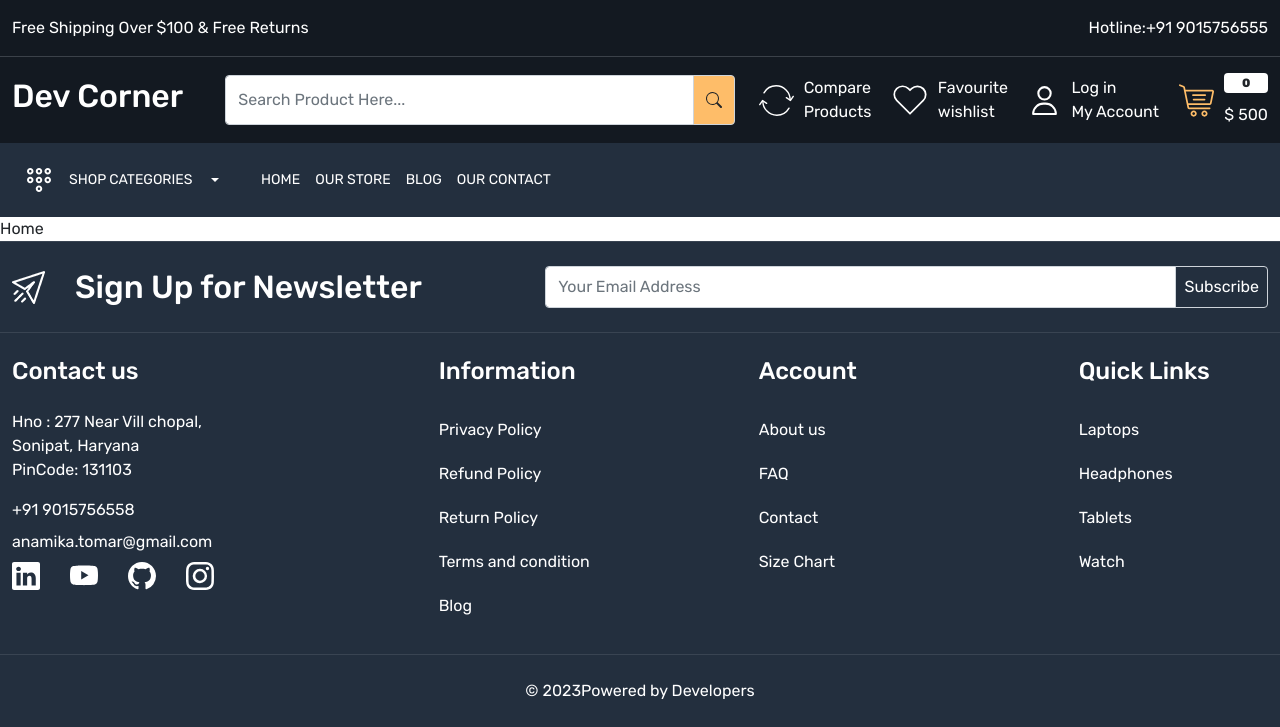
Repository: anamikatomar21/demo
Page: /
These files come from the project's save history. The page is drawn as it stood at one moment and after the next save; the edit follows.
The browser window is 1280 px wide. The pictures show the whole page.
The project was rebuilt for these pictures with package versions that can differ from the ones it lists, and the page was loaded fresh each time. Also part of the build but not shown: src/pages/About.js, src/pages/Contact.js.

Above is the page before, as saved 2023-05-14 18:44:38.

### public/index.html
<!DOCTYPE html>
<html lang="en">
  <head>
    <meta charset="utf-8" />
    <link rel="icon" href="%PUBLIC_URL%/favicon.ico" />
    <meta name="viewport" content="width=device-width, initial-scale=1" />
    <meta name="theme-color" content="#000000" />
    <meta
      name="description"
      content="Web site created using create-react-app"
    />
    <link rel="apple-touch-icon" href="%PUBLIC_URL%/logo192.png" />
    <link
      href="https://cdn.jsdelivr.net/npm/bootstrap@5.0.2/dist/css/bootstrap.min.css"
      rel="stylesheet"
      integrity="sha384-EVSTQN3/azprG1Anm3QDgpJLIm9Nao0Yz1ztcQTwFspd3yD65VohhpuuCOmLASjC"
      crossorigin="anonymous"
    />
    <link rel="manifest" href="%PUBLIC_URL%/manifest.json" />
    <link rel="preconnect" href="https://fonts.googleapis.com" />
    <link rel="preconnect" href="https://fonts.gstatic.com" crossorigin />
    <link
      href="https://fonts.googleapis.com/css2?family=Rubik:ital,wght@0,300;0,400;0,500;0,800;1,600&display=swap"
      rel="stylesheet"
    />
    <title>Ecommerce App</title>
  </head>
  <body>
    <noscript>You need to enable JavaScript to run this app.</noscript>
    <div id="root"></div>
    <script
      src="https://cdn.jsdelivr.net/npm/bootstrap@5.0.2/dist/js/bootstrap.bundle.min.js"
      integrity="sha384-MrcW6ZMFYlzcLA8Nl+NtUVF0sA7MsXsP1UyJoMp4YLEuNSfAP+JcXn/tWtIaxVXM"
      crossorigin="anonymous"
    ></script>
  </body>
</html>

### src/App.js
import React from "react";
import { BrowserRouter, Routes, Route } from "react-router-dom";
import "./App.css";
import Layout from "./components/Layout";
import Home from "./pages/Home";
import About from "./pages/About";
import Contact from "./pages/Contact";

function App() {
  return (
    <>
      <BrowserRouter>
        <Routes>
          <Route path="/" element={<Layout />}>
            <Route index element={<Home />} />
            <Route path="about" element={<About />} />
            <Route path="contact" element={<Contact />} />
          </Route>
        </Routes>
      </BrowserRouter>
    </>
  );
}

export default App;

### src/App.css
* {
  margin: 0;
  padding: 0;
  box-sizing: border-box;
}
:root {
  --color-131921: #131921;
  --color-3b4149: #3b4149;
  --color-febd69: #febd69;
  --color-232f3e: #232f3e;
  --color-bf4800: #bf4800;
  --color-f5f5f7: #f5f5f7;
  --color-ededed: #ededed;
  --color-777777: #777777;
  --color-1c1c1b: #1c1c1b;
}
.section-heading {
  font-size: 26px;
  line-height: 32px;
  font-weight: 500;
  margin-bottom: 30px;
}
.card-wrapper {
  background-color: white;
  box-shadow: 0 0 10px #0000001a;
  padding: 15px;
}
body {
  font-family: "Rubik", sans-serif;
}
a {
  text-decoration: none;
  display: inline-block;
}
.form-control:focus {
  box-shadow: none;
  border-color: inherit;
}

.gap-10 {
  gap: 10px;
}
.gap-15 {
  gap: 15px;
}
.gap-30 {
  gap: 30px;
}

.button {
  background-color: var(--color-232f3e);
  color: white;
  font-size: 14px;
  padding: 13px 33px;
  border-radius: 25px;
}
.button:hover {
  background-color: var(--color-febd69);
  color: #131921;
}
/* Header Part */

.header-top-strip {
  border-bottom: 1px solid var(--color-3b4149);
  background-color: var(--color-131921);
}
.header-upper {
  background-color: var(--color-131921);
}
.header-bottom {
  background-color: var(--color-232f3e);
}
.header-upper .input-group-text {
  background-color: var(--color-febd69);
}
.header-upper.header-upper-links img {
  width: 35px;
  height: 35px;
}
.header-bottom .menu-links a,
.header-bottom .dropdown button {
  color: white;
  font-size: 14px;
  line-height: 18px;
  font-weight: 400;
  letter-spacing: 0.3;
  text-transform: uppercase;
}

.header-bottom .dropdown button:focus {
  box-shadow: none;
}
.header-bottom .dropdown-menu {
  background-color: var(--color-131921);
  width: 100%;
  transform: translate3d(0px, 57px, 0px) !important;
}
.header-bottom .dropdown-item {
  padding: 20px;
  margin-bottom: 3px;
  border-bottom: 1px solid var(--color-3b4149);
}
.header-bottom .dropdown-item:hover {
  background-color: transparent;
  color: var(--color-febd69) !important;
}
/* Header Part End Here */

/* Footer part */

footer {
  background-color: var(--color-232f3e);
}
footer:not(:first-child) {
  border-top: 1px solid rgba(255, 255, 255, 0.1);
}
footer .input-group-text {
  background-color: var(--color-232f3e);
  color: white;
  padding: 8px 17px;
}
/* Footer part ends here */

### src/components/Layout.js
import React from "react";
import { Outlet } from "react-router-dom";
import Footer from "./Footer";
import Header from "./Header";

const Layout = () => {
  return (
    <>
      <Header />
      <Outlet />
      <Footer />
    </>
  );
};

export default Layout;

### src/components/Footer.js
import React from "react";
import { BsLinkedin, BsYoutube, BsGithub, BsInstagram } from "react-icons/bs";
import { Link } from "react-router-dom";

const Footer = () => {
  return (
    <>
      <footer className="py-4">
        <div className="container-xxl">
          <div className="row  align-items-center">
            <div className="col-5">
              <div className="footer-top-data d-flex gap-30 align-items-center">
                <img src="/images/images/newsletter.png" alt="newsletter" />
                <h2 className="mb-0 text-white">Sign Up for Newsletter</h2>
              </div>
            </div>
            <div className="col-7">
              <div className="input-group">
                <input
                  type="text"
                  className="form-control py-1"
                  placeholder="Your Email Address"
                  aria-label="Your Email Address"
                  aria-describedby="basic-addon2"
                />
                <span className="input-group-text p-2" id="basic-addon2">
                  Subscribe
                </span>
              </div>
            </div>
          </div>
        </div>
      </footer>
      <footer className="py-4">
        <div className="container-xxl">
          <div className="row">
            <div className="col-4">
              <h4 className="text-white mb-4">Contact us </h4>
              <div>
                <address className="text-white fs-6">
                  Hno : 277 Near Vill chopal, <br /> Sonipat, Haryana <br />
                  PinCode: 131103
                </address>

                <a
                  href="tel: +91 9015756558"
                  className="text-white d-block mb-1 mt-3"
                >
                  +91 9015756558
                </a>
                <a
                  href="mailto:anamika.tomar@gmail.com"
                  className="text-white d-block mb-2 mt-2"
                >
                  anamika.tomar@gmail.com
                </a>

                <div className="socialicons d-flex align-item-center gap-30">
                  <a href="" className="text-white">
                    <BsLinkedin className=" fs-3" />
                  </a>
                  <a href="" className="text-white">
                    <BsYoutube className=" fs-3" />
                  </a>
                  <a href="" className="text-white">
                    <BsGithub className=" fs-3" />
                  </a>
                  <a href="" className="text-white">
                    <BsInstagram className=" fs-3" />
                  </a>
                </div>
              </div>
            </div>
            <div className="col-3">
              <h4 className="text-white mb-4">Information</h4>
              <div className="footer-link d-flex flex-column">
                <Link className="text-white py-2 mb-1">Privacy Policy</Link>
                <Link className="text-white py-2 mb-1">Refund Policy</Link>
                <Link className="text-white py-2 mb-1">Return Policy</Link>
                <Link className="text-white py-2 mb-1">
                  Terms and condition
                </Link>
                <Link className="text-white py-2 mb-1">Blog</Link>
              </div>
            </div>
            <div className="col-3">
              <h4 className="text-white mb-4">Account</h4>
              <div className="footer-link d-flex flex-column">
                <Link className="text-white py-2 mb-1">About us </Link>
                <Link className="text-white py-2 mb-1">FAQ</Link>
                <Link className="text-white py-2 mb-1">Contact</Link>
                <Link className="text-white py-2 mb-1">Size Chart</Link>
              </div>
            </div>

            <div className="col-2">
              <h4 className="text-white mb-4">Quick Links</h4>
              <div className="footer-link d-flex flex-column">
                <Link className="text-white py-2 mb-1">Laptops</Link>
                <Link className="text-white py-2 mb-1">Headphones</Link>
                <Link className="text-white py-2 mb-1">Tablets</Link>
                <Link className="text-white py-2 mb-1">Watch</Link>
              </div>
            </div>
          </div>
        </div>
      </footer>
      <footer className="py-4">
        <div className="container-xxl">
          <div className="row">
            <div className="col-12">
              <p className="text-center mb-0 text-white">
                &copy; {new Date().getFullYear()}Powered by Developers
              </p>
            </div>
          </div>
        </div>
      </footer>
    </>
  );
};

export default Footer;

### src/components/Header.js
import React from "react";
import { NavLink, Link } from "react-router-dom";
import { BsSearch } from "react-icons/bs";

const Header = () => {
  return (
    <>
      <header className="header-top-strip py-3">
        <div className="container-xxl">
          <div className="row">
            <div className="col-6">
              <p className="text-white mb-0">
                Free Shipping Over $100 & Free Returns
              </p>
            </div>
            <div className="col-6">
              <p className="text-end text-white mb-0">
                Hotline:
                <a href="tel:+91 9015756555" className="text-white">
                  +91 9015756555
                </a>
              </p>
            </div>
          </div>
        </div>
      </header>

      <header className="header-upper py-3">
        <div className="container-xxl">
          <div className="row align-items-center">
            <div className="col-2">
              <h2>
                <Link className="text-white">Dev Corner</Link>
              </h2>
            </div>
            <div className="col-5 ">
              <div className="input-group ">
                <input
                  type="text"
                  className="form-control py-2"
                  placeholder="Search Product Here..."
                  aria-label="Search Product Here..."
                  aria-describedby="basic-addon2"
                />
                <span className="input-group-text py-3" id="basic-addon2">
                  <BsSearch className="fs-6" />
                </span>
              </div>
            </div>
            <div className="col-5">
              <div className="headear-upper-links d-flex align-items-center justify-content-between">
                <div>
                  <Link
                    to="/compare-product"
                    className="d-flex align-items-center gap-10 text-white"
                  >
                    <img src="/images/images/compare.svg" alt="compare" />
                    <p className="mb-0">
                      Compare <br /> Products
                    </p>
                  </Link>
                </div>
                <div>
                  <Link
                    to="/compare-product"
                    className="d-flex align-items-center gap-10 text-white"
                  >
                    <img src="/images/images/wishlist.svg" alt="compare" />
                    <p className="mb-0">
                      Favourite <br /> wishlist
                    </p>
                  </Link>
                </div>
                <div>
                  <Link
                    to="/compare-product"
                    className="d-flex align-items-center gap-10 text-white"
                  >
                    <img src="/images/images/user.svg" alt="compare" />
                    <p className="mb-0">
                      Log in <br /> My Account
                    </p>
                  </Link>
                </div>
                <div>
                  <Link
                    to="/cart"
                    className="d-flex align-items-center gap-10 text-white"
                  >
                    <img src="/images/images/cart.svg" alt="cart" />
                    <div className="d-flex flex-column gap-10">
                      <span className="badge bg-white text-dark">0</span>
                      <p className="mb-0">$ 500</p>
                    </div>
                  </Link>
                </div>
              </div>
            </div>
          </div>
        </div>
      </header>

      <header className="header-bottom py-3">
        <div className="container-xxl">
          <div className="row">
            <div className="col-12">
              <div className="menu-bottom d-flex align-items-center gap-30">
                <div>
                  <div className="dropdown">
                    <button
                      className="btn btn-secondary dropdown-toggle bg-transparent border-0 gap-15 d-flex align-items-center"
                      type="button"
                      id="dropdownMenuButton1"
                      data-bs-toggle="dropdown"
                      aria-expanded="false"
                    >
                      <img src="/images/images/menu.svg" alt="" />
                      <span> Shop Categories</span>
                    </button>
                    <ul
                      className="dropdown-menu"
                      aria-labelledby="dropdownMenuButton1"
                    >
                      <li>
                        <Link className="dropdown-item text-white" to="">
                          Action
                        </Link>
                      </li>
                      <li>
                        <Link className="dropdown-item text-white" to="">
                          Another action
                        </Link>
                      </li>
                      <li>
                        <Link className="dropdown-item text-white" to="">
                          Something else here
                        </Link>
                      </li>
                    </ul>
                  </div>
                </div>
                <div className="menu-links">
                  <div className="d-flex align-items-center gap-15">
                    <NavLink to="/">Home</NavLink>
                    <NavLink to="/">Our Store</NavLink>
                    <NavLink to="/">Blog</NavLink>
                    <NavLink to="/">Our Contact</NavLink>
                  </div>
                </div>
              </div>
            </div>
          </div>
        </div>
      </header>
    </>
  );
};

export default Header;

Loaded but not shown: src/index.js (common file); src/pages/Home.js (common file)

After the next save:
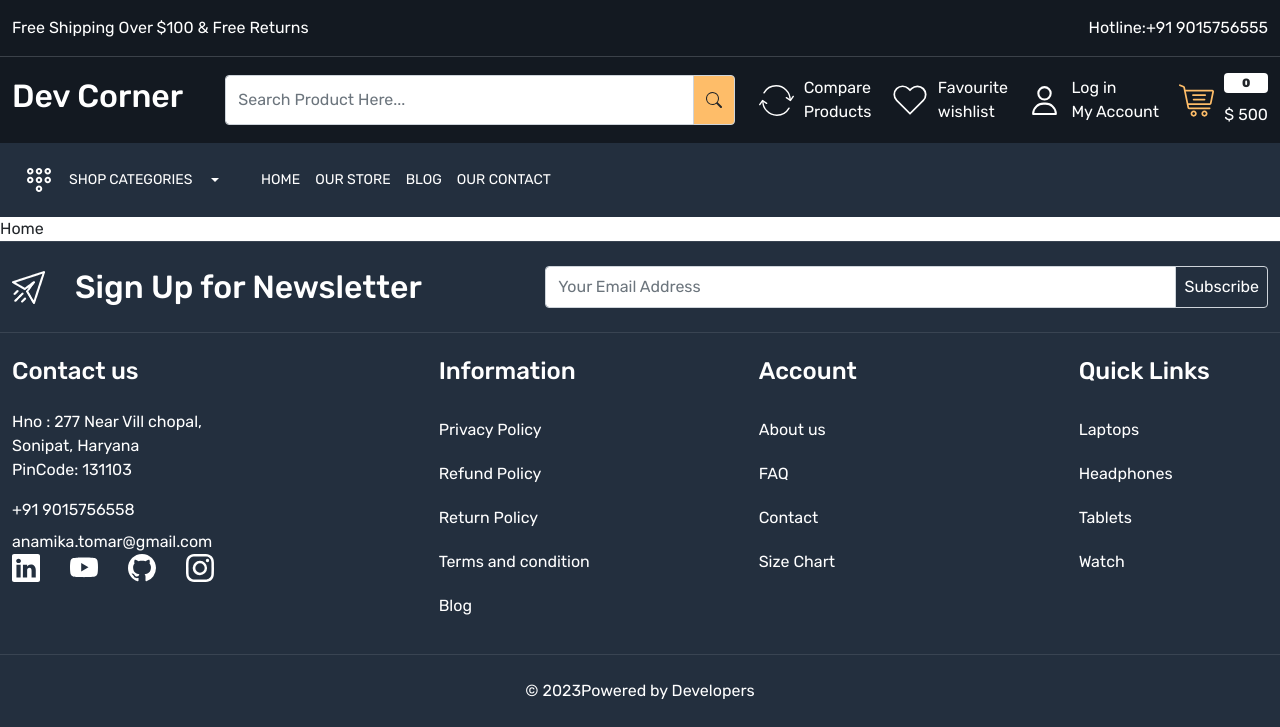
Saved 6 s later.
--- a/src/components/Footer.js
+++ b/src/components/Footer.js
@@ -50,7 +50,7 @@
                 </a>
                 <a
                   href="mailto:anamika.tomar@gmail.com"
-                  className="text-white d-block mb-2 mt-2"
+                  className="text-white d-block mb-0 mt-2"
                 >
                   anamika.tomar@gmail.com
                 </a>
